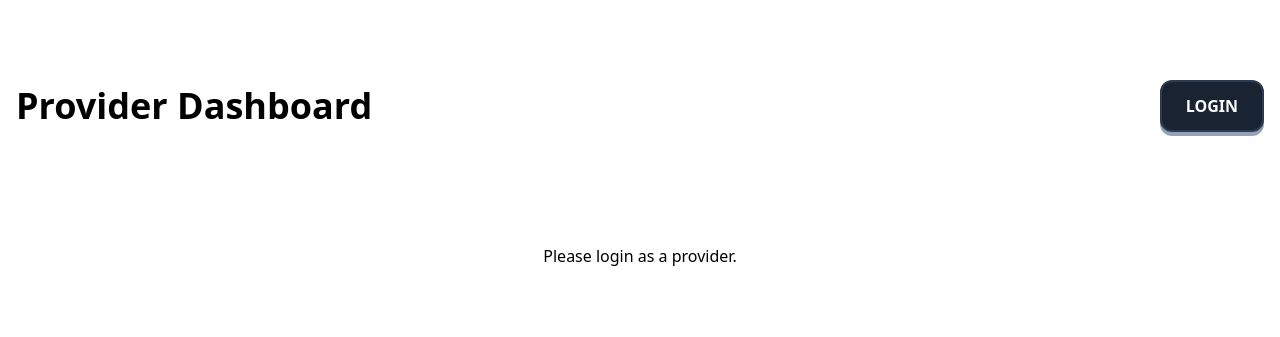
Repository: Paavo12/Localink
Page: frontend/dashboard.html
These files come from the project's save history. The page is drawn as it stood at one moment and after the next save; the edit follows.
The browser window is 1280 px wide. The pictures show the whole page.
Some web fonts or font styles are not loaded; a fallback is used. Some web libraries are served in a nearby version.

Above is the page before, as saved 2026-06-22 11:28:37.

After the next save:
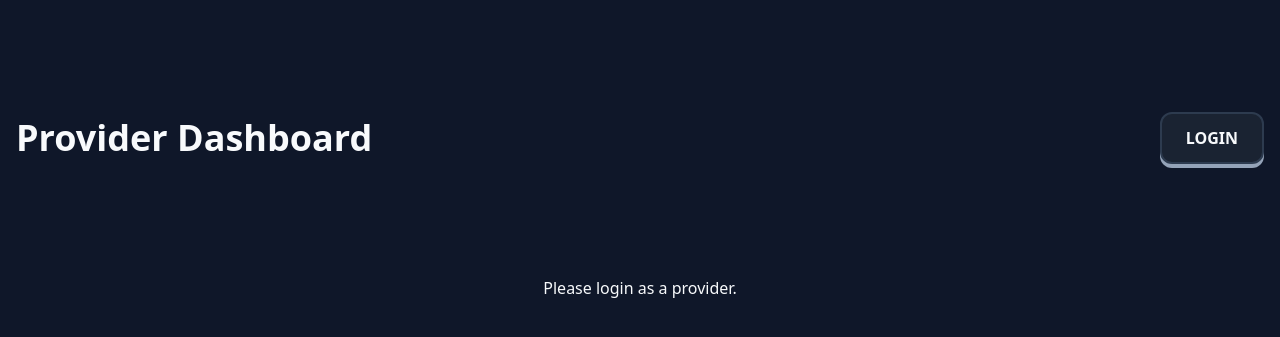
Saved 12 s later.
--- a/frontend/dashboard.html
+++ b/frontend/dashboard.html
@@ -1,40 +1,35 @@
 <!DOCTYPE html>
-<html lang="en">
+<html lang="en" class="dark">
 <head>
   <meta charset="UTF-8">
   <meta name="viewport" content="width=device-width, initial-scale=1.0">
-  <title>Provider Dashboard – LocaLink</title>
+  <title>Provider Dashboard – Localink</title>
   <script src="https://cdn.tailwindcss.com"></script>
   <script src="https://cdn.jsdelivr.net/npm/chart.js"></script>
   <link rel="stylesheet" href="styles.css">
   <link rel="stylesheet" href="https://unpkg.com/leaflet@1.9.4/dist/leaflet.css" />
-<script src="https://unpkg.com/leaflet@1.9.4/dist/leaflet.js"></script>
+  <script src="https://unpkg.com/leaflet@1.9.4/dist/leaflet.js"></script>
+  <link rel="stylesheet" href="https://fonts.googleapis.com/css2?family=General+Sans:ital,wght@0,200..700;1,200..700&display=swap" />
   <style>
-    /* Ensure form inputs have proper contrast in both themes */
     input, textarea, select {
-      background-color: var(--bg-main) !important;
-      color: var(--text-main) !important;
-      border: 1px solid var(--border-main) !important;
+      background-color: var(--input-bg) !important;
+      color: var(--foreground) !important;
+      border: 1px solid var(--border) !important;
       border-radius: 0.75rem;
       padding: 0.5rem 0.75rem;
       outline: none;
     }
     input:focus, textarea:focus, select:focus {
-      border-color: var(--accent-color) !important;
-      ring: 2px solid var(--accent-color);
+      border-color: var(--orange) !important;
+      box-shadow: 0 0 0 2px rgba(255,146,28,0.2);
     }
-    .hour-card {
-      background-color: var(--card-bg);
-      transition: all 0.2s;
-    }
-    .btn-secondary, .btn-primary {
-      transition: all 0.2s;
-    }
+    .btn-secondary, .btn-primary { transition: all 0.2s; }
   </style>
   <script src="script.js" defer></script>
 </head>
-<body class="bg-[var(--bg-main)] text-[var(--text-main)]">
-  <div class="container mx-auto px-4 py-20">
+<body class="font-body antialiased bg-[var(--background)] text-[var(--foreground)]">
+
+  <div class="container mx-auto px-4 py-20 pt-28">
     <div class="flex justify-between items-center mb-8">
       <h1 class="text-4xl font-black">Provider Dashboard</h1>
       <button id="dashboardAuthBtn" class="btn-secondary">Login</button>
@@ -43,5 +38,6 @@
       <div class="text-center py-20">Loading dashboard...</div>
     </div>
   </div>
+
 </body>
 </html>
